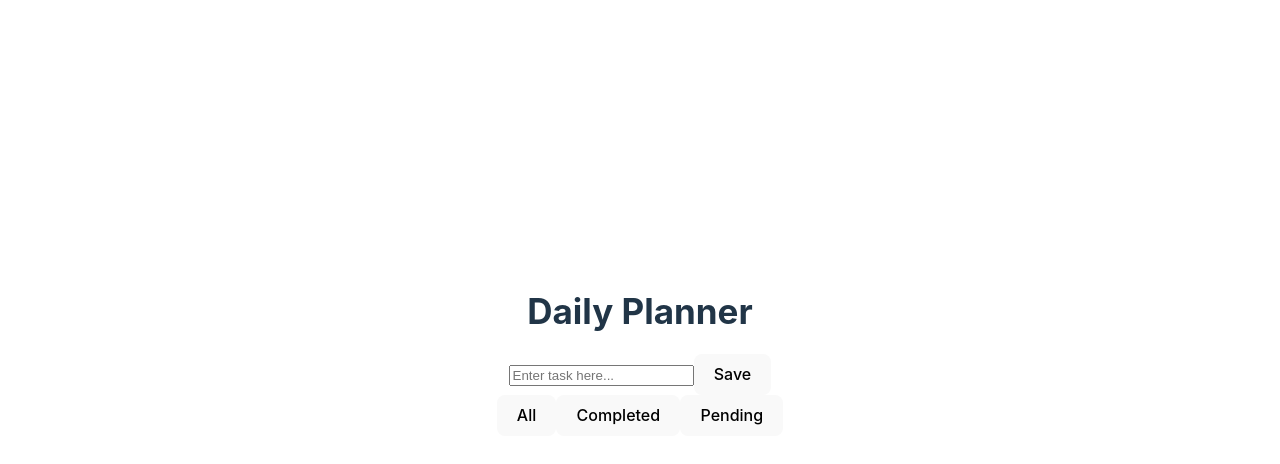
Repository: leslie179/lab4
Page: / (app in lab4/)
The author's editor kept a copy of each file at every save. The page is drawn from the files as they stood at one save, then again after the next save.
The browser window is 1280 px wide. The pictures show the whole page.
The project was rebuilt for these pictures with package versions that can differ from the ones it lists, and the page was loaded fresh each time. Also part of the build but not shown: lab4/vite.config.js, lab4/src/components/Task.jsx.

Above is the page before, as saved 2024-10-27 18:03:21.

### lab4/src/App.jsx
import { useState } from 'react'
import './App.css'

import Task from './components/Task'
import TaskForm from './components/TaskForm'

function App() {
  const [tasks, setTasks] = useState([])
  const [filter, setFilter] = useState("All")
  return (
    <div>
      <h1>Daily Planner</h1>
      <TaskForm setTasks={setTasks}/>
      <button onClick={() => setFilter("All")}>All</button>
      <button onClick={() => setFilter("Completed")}>Completed</button>
      <button onClick={() => setFilter("Pending")}>Pending</button>
      <ul>
        {tasks && tasks.filter((task) => {
          if (filter === "All") {
            return true
          } else if (filter === "Completed") {
            return task.completed
          } else if (filter === "Pending") {
            return !task.completed
          }

          return true // not really necessary
        }).map((task, i) => {
          return <Task task={task} setTasks={setTasks} index={i} />
        })}
      </ul>

    </div>
  )
}

export default App

### lab4/src/App.css
#root {
  max-width: 1280px;
  margin: 0 auto;
  padding: 2rem;
  text-align: center;
}

h1{
  font-size: 35px;
}

.logo {
  height: 6em;
  padding: 1.5em;
  will-change: filter;
  transition: filter 300ms;
}
.logo:hover {
  filter: drop-shadow(0 0 2em #646cffaa);
}
.logo.react:hover {
  filter: drop-shadow(0 0 2em #61dafbaa);
}

@keyframes logo-spin {
  from {
    transform: rotate(0deg);
  }
  to {
    transform: rotate(360deg);
  }
}

@media (prefers-reduced-motion: no-preference) {
  a:nth-of-type(2) .logo {
    animation: logo-spin infinite 20s linear;
  }
}

.card {
  padding: 2em;
}

.read-the-docs {
  color: #888;
}

### lab4/src/components/TaskForm.jsx
import { useState } from "react"

function TaskForm({ setTasks }) {
    const [currentTask, setCurrentTask] = useState()
    const save = () => {
        setTasks((currentTasks) => { // trick to get current state
            // im just naming it tmp for temporary
            const tmpTasks = [...currentTasks] // deep copy (tmpTasks is just a copy of currentTasks cause you cant just copy an array)
            tmpTasks.push({ task: currentTask, completed: false })
            return tmpTasks
        })
        setCurrentTask("")
    }
    // the onChange is a function that runs everytime the input text changes
    // everytime the input text changes update the state with the value of the text input
    return <div>
        <input type="text" onChange={(e) => setCurrentTask(e.target.value)} placeholder="Enter task here..."/>
        <button onClick={() => save()}>Save</button>
    </div>
}

export default TaskForm

Loaded but not shown: lab4/index.html (common file); lab4/src/main.jsx (common file); lab4/src/index.css (common file)

After the next save:
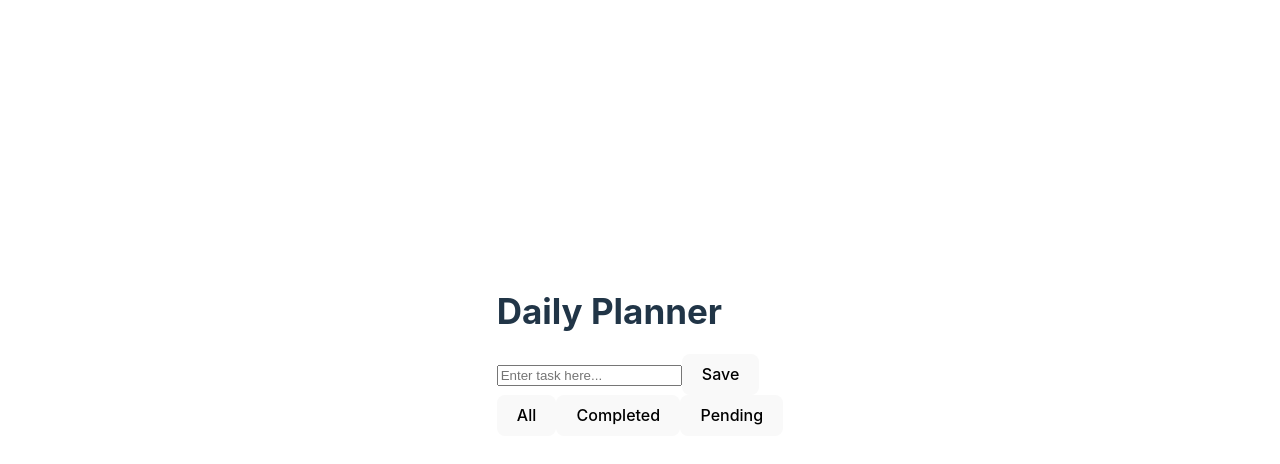
Saved 19 s later.
--- a/lab4/src/App.css
+++ b/lab4/src/App.css
@@ -2,7 +2,7 @@
   max-width: 1280px;
   margin: 0 auto;
   padding: 2rem;
-  text-align: center;
+  text-align: left;
 }
 
 h1{
